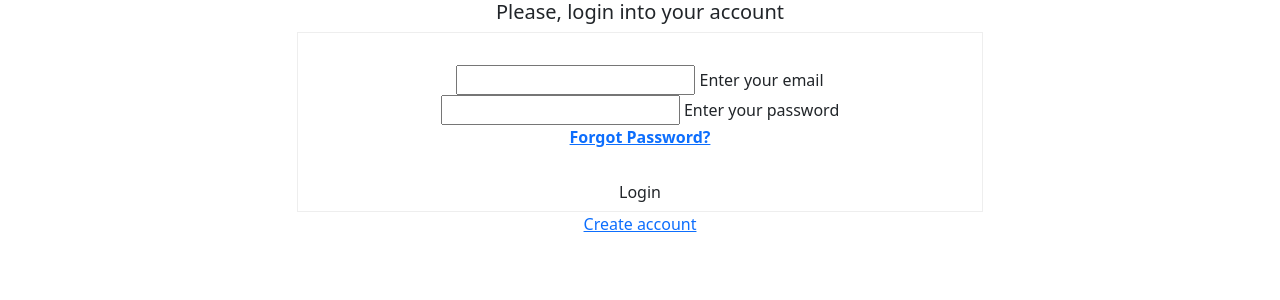
Repository: alizey12/Regestratin-Form-js
Page: signin.html
An editor plug-in stored every save of this project. The page is shown before and after the next save, followed by the edit.
The browser window is 1280 px wide. The pictures show the whole page.

Above is the page before, as saved 2024-11-29 12:56:05.

After the next save:
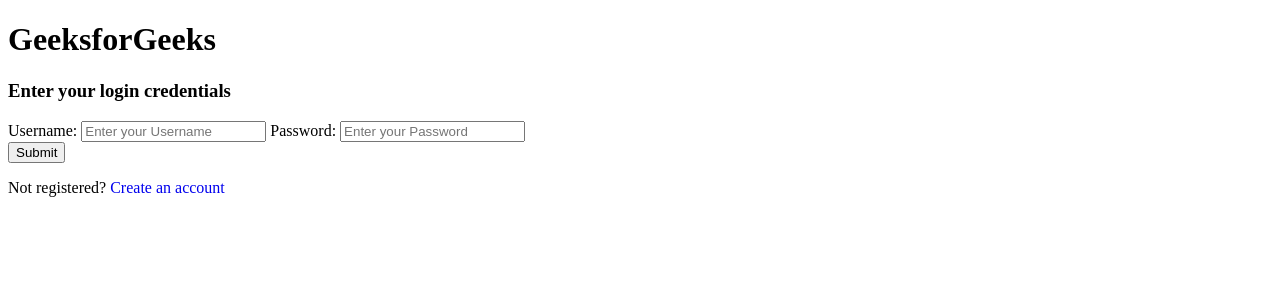
Not found: style.css
Saved 5 min 21 s later.
--- a/signin.html
+++ b/signin.html
@@ -1,71 +1,42 @@
 <!DOCTYPE html>
-<html lang="en">
+<html>
 
 <head>
-    <meta charset="UTF-8">
-    <meta name="viewport" content="width=device-width, initial-scale=1.0">
-    <link href="https://cdn.jsdelivr.net/npm/bootstrap@5.0.2/dist/css/bootstrap.min.css" rel="stylesheet" integrity="sha384-EVSTQN3/azprG1Anm3QDgpJLIm9Nao0Yz1ztcQTwFspd3yD65VohhpuuCOmLASjC" crossorigin="anonymous">
-    <link rel="stylesheet" href="signin.css">
-    <title>Login Form </title>
+    <title>HTML Login Form</title>
+    <link rel="stylesheet" href="style.css">
 </head>
 
 <body>
-    <div class="login-main">
+    <div class="main">
+        <h1>GeeksforGeeks</h1>
+        <h3>Enter your login credentials</h3>
 
-            <div class="section"></div>
-            <main>
-                <center>
-                    <div class="section"></div>
+        <form action="">
+            <label for="first">
+                Username:
+            </label>
+            <input type="text" id="first" name="first"
+                placeholder="Enter your Username" required>
 
-                    <h5 class="indigo-text">Please, login into your account</h5>
-                    <div class="section"></div>
+            <label for="password">
+                Password:
+            </label>
+            <input type="password" id="password" name="password"
+                placeholder="Enter your Password" required>
 
-                    <div class="container">
-                        <div class="z-depth-1 grey lighten-4 row"
-                            style="display: inline-block; padding: 32px 48px 0px 48px; border: 1px solid #EEE;">
+            <div class="wrap">
+                <button type="submit">
+                    Submit
+                </button>
+            </div>
+        </form>
 
-                            <form class="col s12" method="post">
-                                <div class='row'>
-                                    <div class='col s12'>
-                                    </div>
-                                </div>
-
-                                <div class='row'>
-                                    <div class='input-field col s12'>
-                                        <input class='validate' type='email' name='email' id='email' />
-                                        <label for='email'>Enter your email</label>
-                                    </div>
-                                </div>
-
-                                <div class='row'>
-                                    <div class='input-field col s12'>
-                                        <input class='validate' type='password' name='password' id='password' />
-                                        <label for='password'>Enter your password</label>
-                                    </div>
-                                    <label style='float: right;'>
-                                        <a class='pink-text' href='#!'><b>Forgot Password?</b></a>
-                                    </label>
-                                </div>
-
-                                <br />
-                                <center>
-                                    <div class='row'>
-                                        <button type='submit' name='btn_login'
-                                            class='col s12 btn btn-large waves-effect indigo'>Login</button>
-                                    </div>
-                                </center>
-                            </form>
-                        </div>
-                    </div>
-                    <a href="regester.html">Create account</a>
-                </center>
-
-                <div class="section"></div>
-                <div class="section"></div>
-            </main>
-            <script src="https://cdn.jsdelivr.net/npm/@popperjs/core@2.9.2/dist/umd/popper.min.js" integrity="sha384-IQsoLXl5PILFhosVNubq5LC7Qb9DXgDA9i+tQ8Zj3iwWAwPtgFTxbJ8NT4GN1R8p" crossorigin="anonymous"></script>
-            <script src="https://cdn.jsdelivr.net/npm/bootstrap@5.0.2/dist/js/bootstrap.min.js" integrity="sha384-cVKIPhGWiC2Al4u+LWgxfKTRIcfu0JTxR+EQDz/bgldoEyl4H0zUF0QKbrJ0EcQF" crossorigin="anonymous"></script>
-
+        <p>Not registered?
+            <a href="#" style="text-decoration: none;">
+                Create an account
+            </a>
+        </p>
+    </div>
 </body>
 
 </html>
